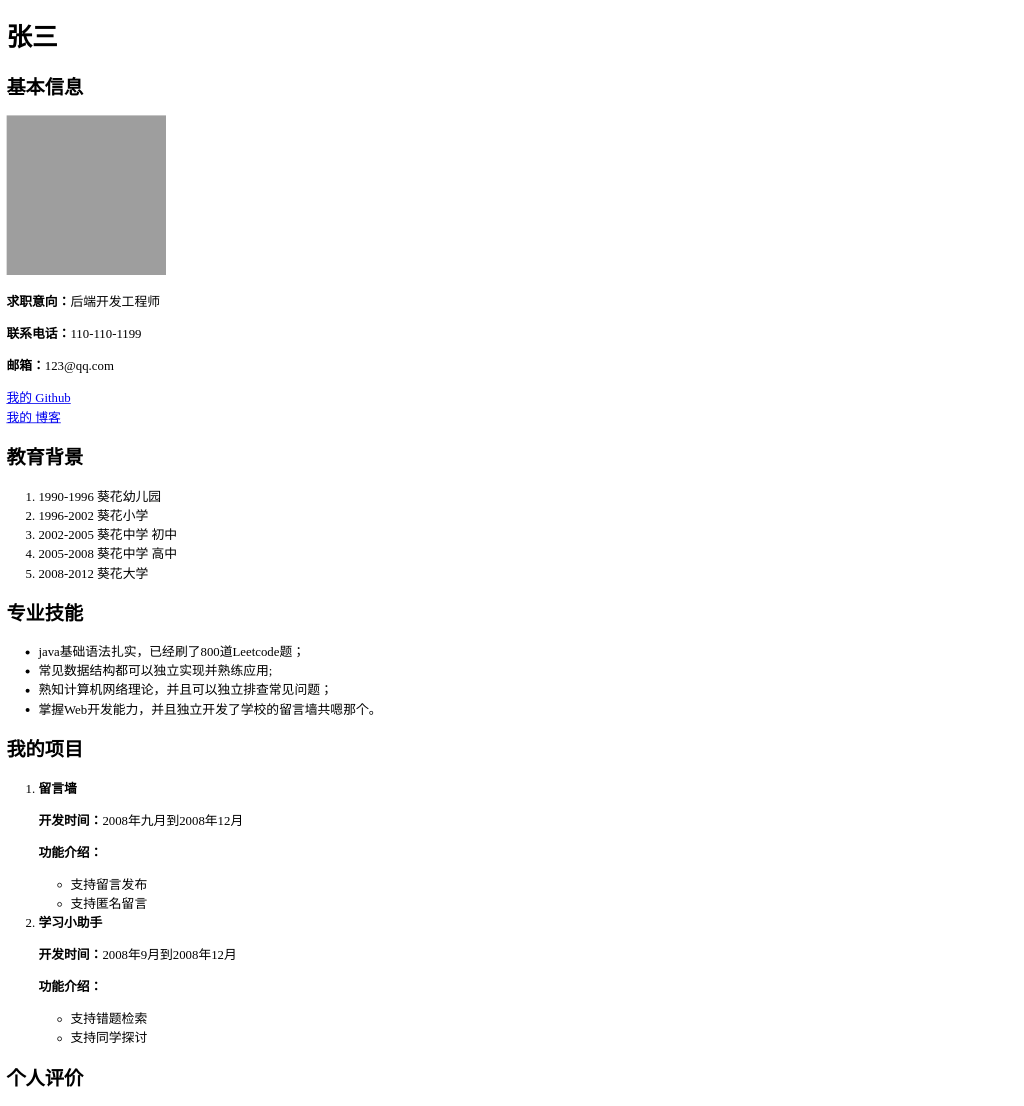
Repository: ls02/VSCode
Page: Java/2022/6-21-1/Test1.html
An editor plug-in stored every save of this project. The page is shown before and after the next save, followed by the edit.
The browser window is 1280 px wide. The pictures show the whole page, at 80% of full size.
Pictures or frames that could not be fetched are drawn as grey boxes.

Above is the page before, as saved 2022-06-21 14:54:13.

### Java/2022/6-21-1/Test1.html
<!--
 * @Author: ls02 <2877455773@qq.com>
 * @Date: 2022-06-21 11:01:41
 * @LastEditors: ls02 <2877455773@qq.com>
 * @LastEditTime: 2022-06-21 14:54:13
 * @FilePath: \Java\2022\6-21-1\Test1.html
 * @Description:
 *
 * Copyright (c) 2022 by ${ls02 <2877455773@qq.com>}, All Rights Reserved.
-->
<!DOCTYPE html>
<html lang="en">
<head>
    <meta charset="UTF-8">
    <meta http-equiv="X-UA-Compatible" content="IE=edge">
    <meta name="viewport" content="width=device-width, initial-scale=1.0">
    <title>我的简历</title>
</head>
<body>
    <h1>张三</h1>
    <h2>基本信息</h2>
    <img src="../6-18-1/image/1.jpg"
    alt="图片加载失败"
    title="个人图片"
    width="200" height="200">
    <br>
    <p><b>求职意向：</b>后端开发工程师</p>
    <p><b>联系电话：</b>110-110-1199</p>
    <p><b>邮箱：</b>123@qq.com</p>
    <a href="https://www.github.com"
    target="_blank">我的 Github</a>
    <br>
    <a href="https://www.csdn.net"
    target="_blank">我的 博客</a>
    <h2>教育背景</h2>
    <ol>
        <li>1990-1996 葵花幼儿园</li>
        <li>1996-2002 葵花小学</li>
        <li>2002-2005 葵花中学 初中</li>
        <li>2005-2008 葵花中学 高中</li>
        <li>2008-2012 葵花大学</li>
    </ol>
    <h2>专业技能</h2>
    <ul>
        <li>java基础语法扎实，已经刷了800道Leetcode题；</li>
        <li>常见数据结构都可以独立实现并熟练应用;</li>
        <li>熟知计算机网络理论，并且可以独立排查常见问题；</li>
        <li>掌握Web开发能力，并且独立开发了学校的留言墙共嗯那个。</li>
    </ul>
    <!-- 我的项目 -->
    <h2>我的项目</h2>
    <ol>
        <!-- 留言墙 -->
        <li><b>留言墙</b></li>
        <p><b>开发时间：</b>2008年九月到2008年12月</p>
        <p><b>功能介绍：</b></p>
        <ul>
            <li>支持留言发布</li>
            <li>支持匿名留言</li>
        </ul>
        <!-- 学习小助手 -->
        <li><b>学习小助手</b></li>
        <p><b>开发时间：</b>2008年9月到2008年12月</p>
        <p><b>功能介绍：</b></p>
        <ul>
            <li>支持错题检索</li>
            <li>支持同学探讨</li>
        </ul>
    </ol>
    <h2>个人评价</h2>
</body>
</html>

After the next save:
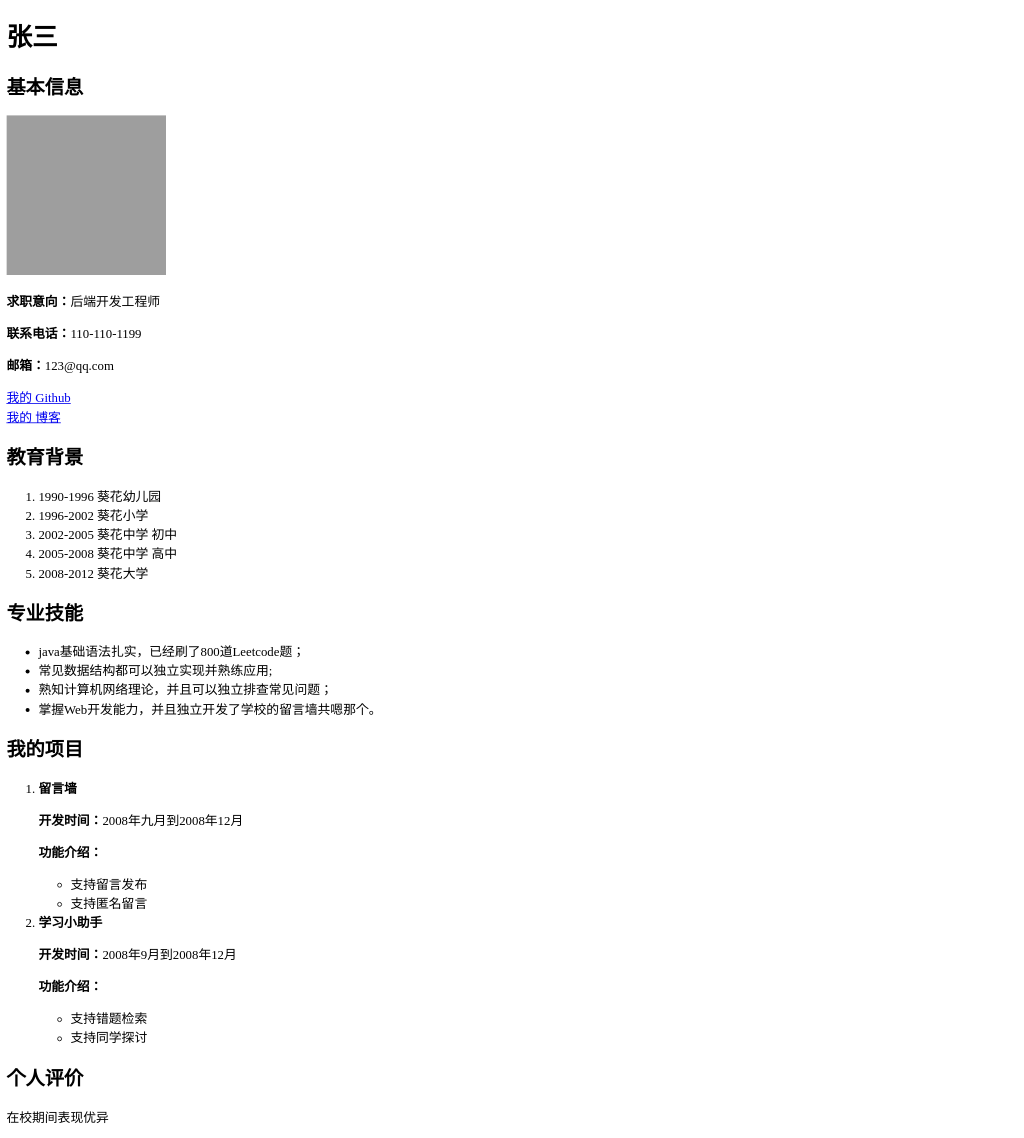
Saved 27 s later.
--- a/Java/2022/6-21-1/Test1.html
+++ b/Java/2022/6-21-1/Test1.html
@@ -68,5 +68,6 @@
         </ul>
     </ol>
     <h2>个人评价</h2>
+    <p>在校期间表现优异</p>
 </body>
 </html>
